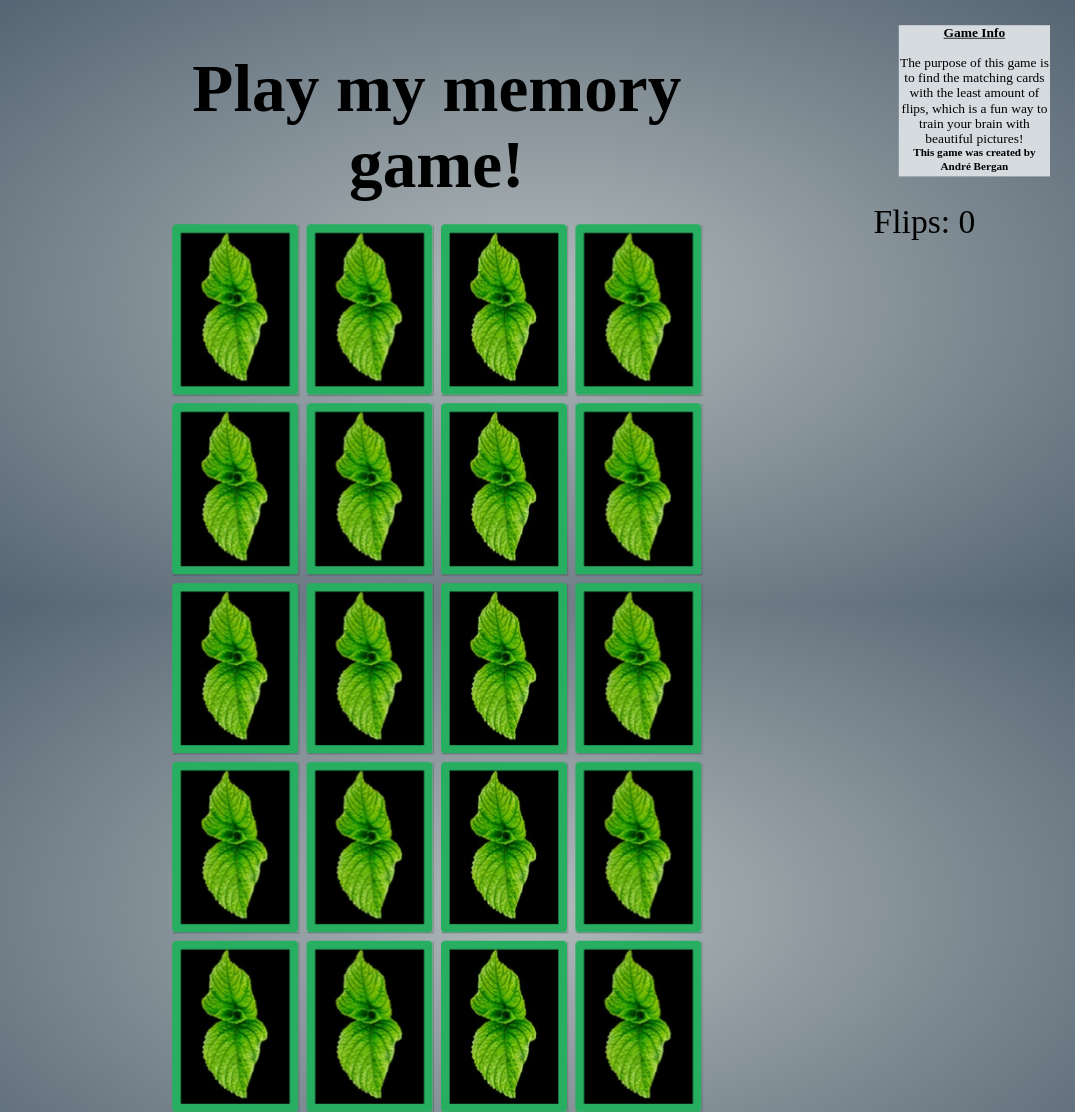
Repository: Code-Institute-Submissions/Milestone-Project-24
Page: index.html
The author's editor kept a record of every edit. The page is drawn from the files as they stood at one moment, then again after the next edit.
The browser window is 1280 px wide. The pictures show the whole page, at 84% of full size.

Above is the page before.

### index.html
<!DOCTYPE html>
<html lang="en">

<head>
    <meta charset="UTF-8">
    <meta name="viewport" content="width=device-width, initial-scale=1.0">
    <meta http-equiv="X-UA-Compatible" content="ie=edge">
    <link rel="stylesheet" href="assets/css/styles.css" type="text/css" />
    <title>Memory Game</title>
</head>

<body>
    <section class="game">
        <h2 class="game-title">Play my memory game!</h2>
        <div class="memory-card" data-image="birdseyeview">
            <img class="front-face" src="assets/images/bird-s-eye-view-photo-of-island-1433052.jpg" alt="birdseyeview" />
            <img class="back-face" src="assets/images/green-leaf-765062.jpg" alt="leaf" />
        </div>
        <div class="memory-card" data-image="birdseyeview">
            <img class="front-face" src="assets/images/bird-s-eye-view-photo-of-island-1433052.jpg" alt="birdseyeview" />
            <img class="back-face" src="assets/images/green-leaf-765062.jpg" alt="leaf" />
        </div>

        <div class="memory-card" data-image="coconuttree">
            <img class="front-face" src="assets/images/silhouette-of-person-on-coconut-tree-2889492 (2).jpg" alt="coconuttree" />
            <img class="back-face" src="assets/images/green-leaf-765062.jpg" alt="leaf" />
        </div>
        <div class="memory-card" data-image="coconuttree">
            <img class="front-face" src="assets/images/silhouette-of-person-on-coconut-tree-2889492 (2).jpg" alt="coconuttree" />
            <img class="back-face" src="assets/images/green-leaf-765062.jpg" alt="leaf" />
        </div>

        <div class="memory-card" data-image="architecturebuildings">
            <img class="front-face" src="assets/images/architecture-buildings-business-cars-1834350.jpg" alt="architecturebuildings" />
            <img class="back-face" src="assets/images/green-leaf-765062.jpg" alt="leaf" />
        </div>
        <div class="memory-card" data-image="architecturebuildings">
            <img class="front-face" src="assets/images/architecture-buildings-business-cars-1834350.jpg" alt="architecturebuildings" />
            <img class="back-face" src="assets/images/green-leaf-765062.jpg" alt="leaf" />
        </div>

        <div class="memory-card" data-image="foods">
            <img class="front-face" src="assets/images/assorted-variety-of-foods-on-plates-on-dining-table-1528013.jpg" alt="foods" />
            <img class="back-face" src="assets/images/green-leaf-765062.jpg" alt="leaf" />
        </div>
        <div class="memory-card" data-image="foods">
            <img class="front-face" src="assets/images/assorted-variety-of-foods-on-plates-on-dining-table-1528013.jpg" alt="foods" />
            <img class="back-face" src="assets/images/green-leaf-765062.jpg" alt="leaf" />
        </div>

        <div class="memory-card" data-image="asphalt">
            <img class="front-face" src="assets/images/top-view-of-asphalt-road-1612461.jpg" alt="asphalt" />
            <img class="back-face" src="assets/images/green-leaf-765062.jpg" alt="leaf" />
        </div>
        <div class="memory-card" data-image="asphalt">
            <img class="front-face" src="assets/images/top-view-of-asphalt-road-1612461.jpg" alt="asphalt" />
            <img class="back-face" src="assets/images/green-leaf-765062.jpg" alt="leaf" />
        </div>

        <div class="memory-card" data-image="city">
            <img class="front-face" src="assets/images/aerial-shot-of-city-1823734.jpg" alt="city" />
            <img class="back-face" src="assets/images/green-leaf-765062.jpg" alt="leaf" />
        </div>
        <div class="memory-card" data-image="city">
            <img class="front-face" src="assets/images/aerial-shot-of-city-1823734.jpg" alt="city" />
            <img class="back-face" src="assets/images/green-leaf-765062.jpg" alt="leaf" />
        </div>

        <div class="memory-card" data-image="coffee">
            <img class="front-face" src="assets/images/pexels-3326355.jpg" alt="coffee" />
            <img class="back-face" src="assets/images/green-leaf-765062.jpg" alt="leaf" />
        </div>
        <div class="memory-card" data-image="coffee">
            <img class="front-face" src="assets/images/pexels-3326355.jpg" alt="coffee" />
            <img class="back-face" src="assets/images/green-leaf-765062.jpg" alt="leaf" />
        </div>

        <div class="memory-card" data-image="mountains">
            <img class="front-face" src="assets/images/brown-rocky-mountain-under-white-cloudy-sky-3532326.jpg" alt="mountains" />
            <img class="back-face" src="assets/images/green-leaf-765062.jpg" alt="leaf" />
        </div>
        <div class="memory-card" data-image="mountains">
            <img class="front-face" src="assets/images/brown-rocky-mountain-under-white-cloudy-sky-3532326.jpg" alt="mountains" />
            <img class="back-face" src="assets/images/green-leaf-765062.jpg" alt="leaf" />
        </div>

        <div class="memory-card" data-image="tower">
            <img class="front-face" src="assets/images/red-and-white-tower-under-a-starry-sky-3511571.jpg" alt="tower" />
            <img class="back-face" src="assets/images/green-leaf-765062.jpg" alt="leaf" />
        </div>
        <div class="memory-card" data-image="tower">
            <img class="front-face" src="assets/images/red-and-white-tower-under-a-starry-sky-3511571.jpg" alt="tower" />
            <img class="back-face" src="assets/images/green-leaf-765062.jpg" alt="leaf" />
        </div>

        <div class="memory-card" data-image="bridge">
            <img class="front-face" src="assets/images/red-suspension-bridge-3493772.jpg" alt="bridge" />
            <img class="back-face" src="assets/images/green-leaf-765062.jpg" alt="leaf" />
        </div>
        <div class="memory-card" data-image="bridge">
            <img class="front-face" src="assets/images/red-suspension-bridge-3493772.jpg" alt="bridge" />
            <img class="back-face" src="assets/images/green-leaf-765062.jpg" alt="leaf" />
        </div>
    </section>
    <footer>
        <div class="container">
            <h4 class="game-info">Game Info</h4>
            <br>
            <p class="game-description">The purpose of this game is to find the matching cards with the least amount of flips, which is a fun way to train your brain with beautiful pictures!</p>
            <h5>This game was created by André Bergan</h5>
        </div>
        <div class="flips-container">Flips: <span id="flipcount">0</span></div>
    </footer>
    <script src="assets/js/main.js"></script>
</body>

</html>

### assets/css/styles.css
/* Some general styling for the size and layout etc for my game */

* {
    padding: 0;
    margin: 0;
    box-sizing: border-box;
}

body {
    height: 100vh;
    display: flex;
    background: radial-gradient(#b2babb, #566573);
}


/* styling for my title! */

.game-title {
    text-align: center;
    padding: 20px;
    font-size: 5em;
}


/* Layout of the game board */

.game {
    width: 640px;
    height: 640px;
    margin: auto;
    display: flex;
    flex-wrap: wrap;
    perspective: 1000px;
}

/* Some front and back styling for the memory cards! */

.front-face,
.back-face {
    width: 100%;
    height: 100%;
    padding: 10px;
    position: absolute;
    border-radius: 5px;
    background: #27ae60;
    backface-visibility: hidden;
}

.front-face {
    transform: rotateY(180deg);
}

/* the memory cards */

.memory-card {
    width: calc(25% - 10px);
    height: calc(33.333% - 10px);
    margin: 5px;
    box-shadow: 1px 1px 1px rgba(0, 0, 0, .3);
    transform-style: preserve-3d;
    transition: transform .5s;
    position: relative;
    transform: scale(1);

}

.memory-card:active {
    transition: transform .2s;
    transform: scale(0.96);
}

.memory-card.flip {
    transform: rotateY(180deg);
}

/* This is for my game description box */

.container {
    width: 180px;
    height: 180px;
    background-color: #d6dbdf;
    margin: 30px;
    text-align: center;
}

.game-description {
    margin: auto;
}

.game-info {
    text-decoration: underline;
}

/* Flip count */

.flips-container {
    font-size: 2.5em;
    position: fixed;
}

### assets/js/main.js
const cards = document.querySelectorAll('.memory-card');

let hasFlippedCard = false;
let lockBoard = false;
let firstCard, secondCard;
var flipCount =0;
var ticker =  document.getElementById('flipcount');

function flipCard() {
  if (lockBoard) return;
  if (this === firstCard) return;
  flipCount ++;
  ticker.innerText = flipCount;

  this.classList.add('flip');

  if (!hasFlippedCard) {
    hasFlippedCard = true;
    firstCard = this;

    return;
  }

  secondCard = this;
  checkMatch();
}

function disableCards() {
  firstCard.removeEventListener('click', flipCard);
  secondCard.removeEventListener('click', flipCard);

  resetCards();
}

function checkMatch() {
  let pair = firstCard.dataset.image === secondCard.dataset.image;

  if (pair) {
      disableCards();
  } else {
      unflipCards();
  }
}

function unflipCards() {
  lockBoard = true;

  setTimeout(() => {
    firstCard.classList.remove('flip');
    secondCard.classList.remove('flip');

    resetCards();
  }, 1000);
}

function resetCards() {
  [hasFlippedCard, lockBoard] = [false, false];
  [firstCard, secondCard] = [null, null];
}

(function shuffleCards() {
  cards.forEach(card => {
    let randomOrder = Math.floor(Math.random() * 20);
    card.style.order = randomOrder;
  });
})();

cards.forEach(card => card.addEventListener('click', flipCard));

After the next edit:
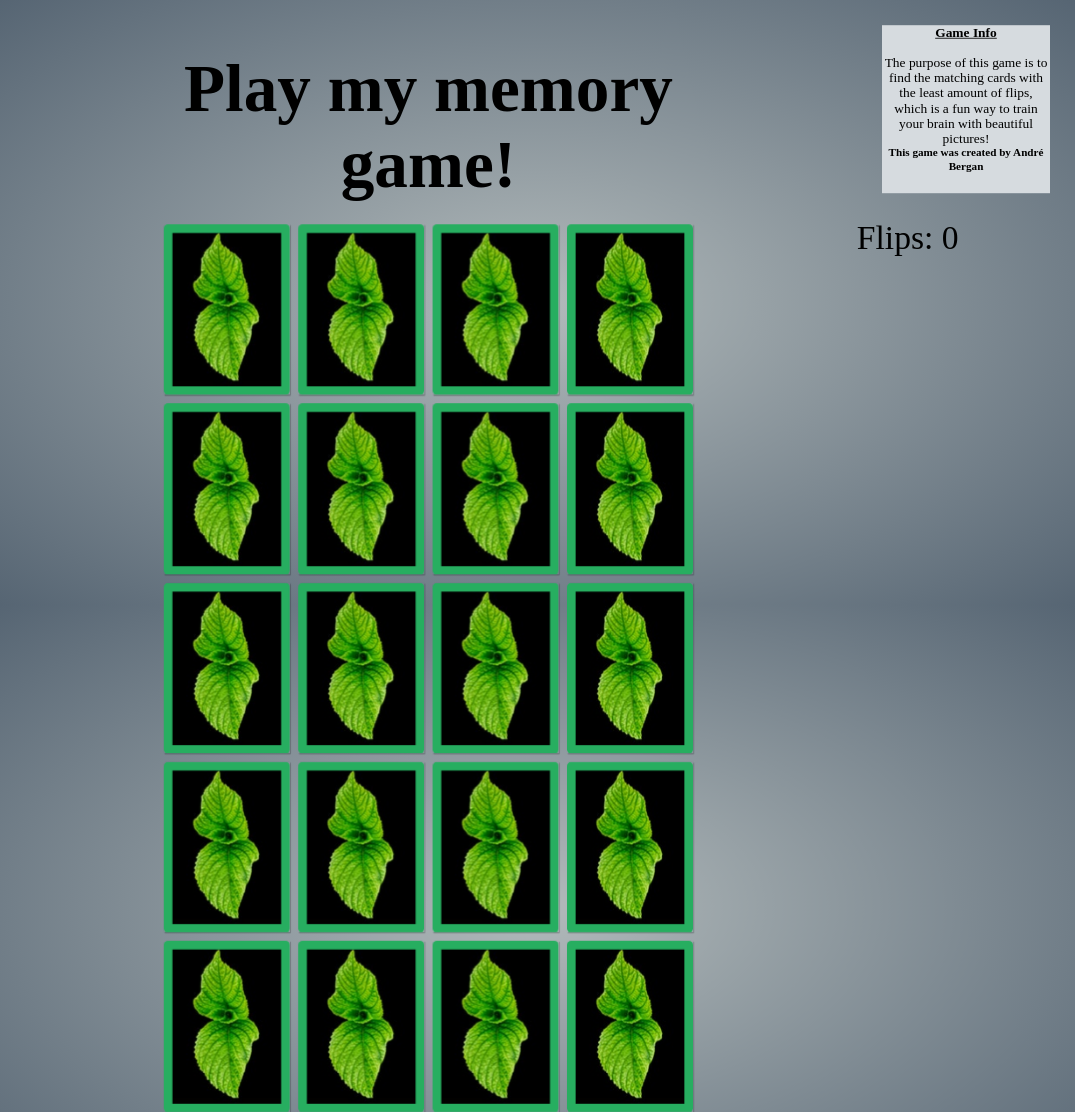
The edit:
--- a/assets/css/styles.css
+++ b/assets/css/styles.css
@@ -76,8 +76,8 @@
 /* This is for my game description box */
 
 .container {
-    width: 180px;
-    height: 180px;
+    width: 200px;
+    height: 200px;
     background-color: #d6dbdf;
     margin: 30px;
     text-align: center;
